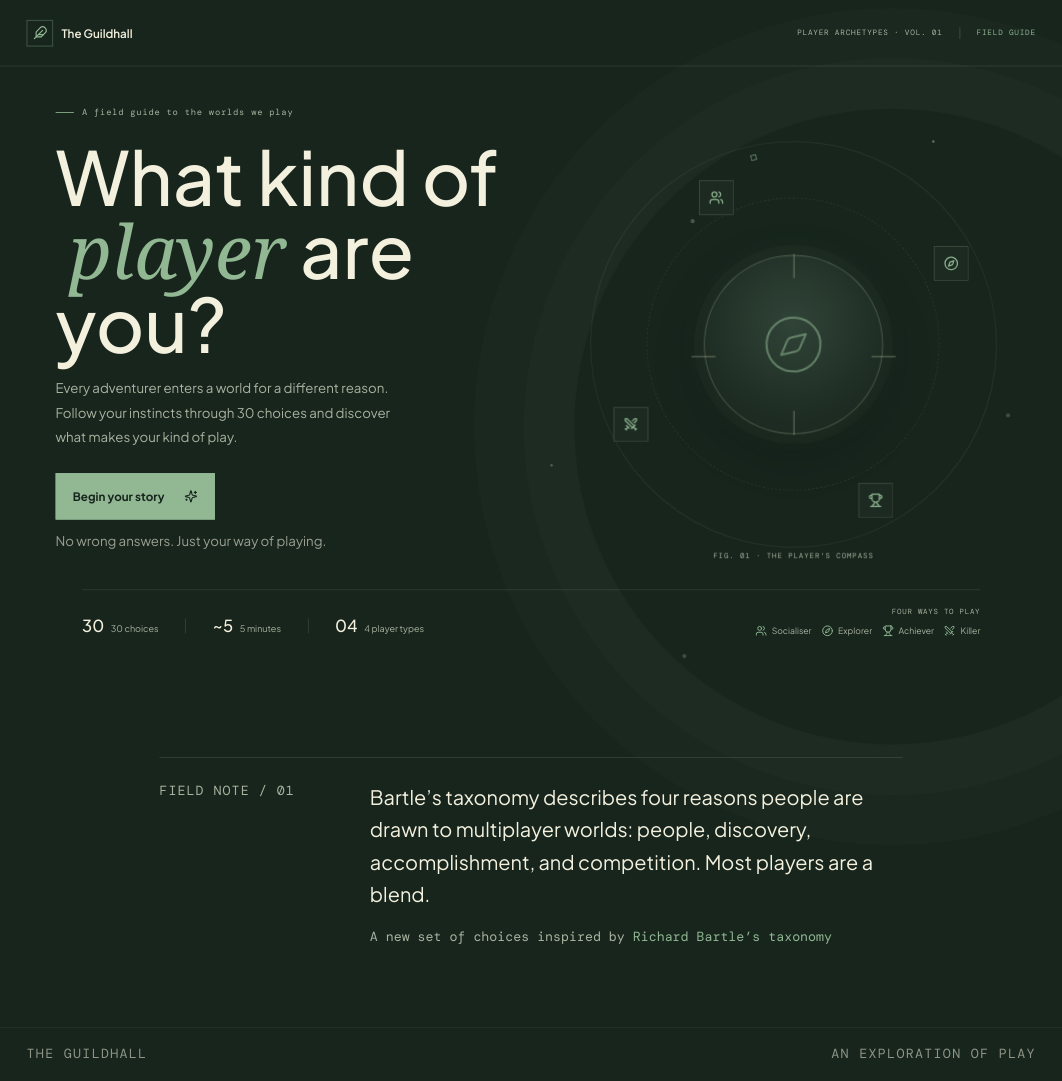
Repository: tiagoturra/bartle
Page: /
These files come from the project's save history. The page is drawn as it stood at one moment and after a run of saves; the edit follows.
The browser window is 1280 px wide. The pictures show the whole page, at 83% of full size.
The project was rebuilt for these pictures with package versions that can differ from the ones it lists, and the page was loaded fresh each time. Also part of the build but not shown: vite.config.ts, src/modules/bartle/components/QuestionCard.module.scss, src/modules/bartle/components/QuestionCard.tsx, src/modules/bartle/components/ResultsPanel.module.scss, src/modules/bartle/components/ResultsPanel.tsx.

Above is the page before, as saved 2026-10-30 22:20:54.

### index.html
<!doctype html>
<html lang="en">
  <head>
    <meta charset="UTF-8" />
    <meta name="viewport" content="width=device-width, initial-scale=1.0" />
    <meta name="theme-color" content="#17251d" />
    <meta
      name="description"
      content="Discover your player type in an atmospheric, story-led Bartle test."
    />
    <link rel="preconnect" href="https://fonts.googleapis.com" />
    <link rel="preconnect" href="https://fonts.gstatic.com" crossorigin />
    <link
      href="https://fonts.googleapis.com/css2?family=DM+Mono:wght@400;500&family=Plus+Jakarta+Sans:wght@400;500;600;700;800&display=swap"
      rel="stylesheet"
    />
    <title>The Guildhall — Bartle Player Type Test</title>
  </head>
  <body>
    <div id="root"></div>
    <script type="module" src="/src/main.tsx"></script>
  </body>
</html>

### src/main.tsx
import './i18n'
import { StrictMode } from 'react'
import { createRoot } from 'react-dom/client'
import { AppRoutes } from './routes'
import './index.css'

const rootElement = document.getElementById('root')

if (!rootElement) {
  throw new Error('The application root element was not found.')
}

createRoot(rootElement).render(
  <StrictMode>
    <AppRoutes />
  </StrictMode>,
)

### src/routes/index.tsx
import { BrowserRouter, Navigate, Route, Routes } from 'react-router-dom'
import { BartlePage } from '../modules/bartle/pages/BartlePage'

export function AppRoutes() {
  return (
    <BrowserRouter>
      <Routes>
        <Route path="/" element={<BartlePage />} />
        <Route path="*" element={<Navigate to="/" replace />} />
      </Routes>
    </BrowserRouter>
  )
}

### src/index.css
@import "tailwindcss";

@theme {
  --color-forest: #17251d;
  --color-panel: #202f25;
  --color-cream: #f3f0de;
  --color-muted: #a9b29f;
  --color-accent: #91b793;
  --font-sans: "Plus Jakarta Sans", sans-serif;
  --font-mono: "DM Mono", monospace;
}

@layer base {
  :root {
    font-synthesis: none;
    text-rendering: optimizeLegibility;
    -webkit-font-smoothing: antialiased;
    -moz-osx-font-smoothing: grayscale;
    font-optical-sizing: auto;
  }

  html {
    min-width: 320px;
    scroll-behavior: smooth;
  }

  body {
    min-width: 320px;
    min-height: 100vh;
    margin: 0;
  }

  button,
  a {
    -webkit-tap-highlight-color: transparent;
  }

  ::selection {
    background: rgb(145 183 147 / 35%);
    color: #f3f0de;
  }
}

@media (prefers-reduced-motion: reduce) {
  *,
  *::before,
  *::after {
    scroll-behavior: auto !important;
    animation-duration: 0.01ms !important;
    animation-iteration-count: 1 !important;
    transition-duration: 0.01ms !important;
  }
}

### src/modules/bartle/pages/BartlePage.tsx
import { Compass, Feather, Sparkles, Swords, Trophy, Users } from 'lucide-react'
import { useEffect, useState } from 'react'
import { useTranslation } from 'react-i18next'
import {
  readSessionStorage,
  removeSessionStorage,
  writeSessionStorage,
} from '../../../core/browser/sessionStorage'
import { QuestionCard } from '../components/QuestionCard'
import { ResultsPanel } from '../components/ResultsPanel'
import testConfigJson from '../data/test.config.json'
import { calculateScores } from '../scoring'
import type { BartleTestConfig, PlayerTypeScore } from '../types'
import styles from './BartlePage.module.scss'

type TestPhase = 'intro' | 'test' | 'results'

const testConfig = testConfigJson as BartleTestConfig
const progressStorageKey = 'guildhall-bartle-progress'
const progressVersion = 1
const iconByType = {
  socialiser: Users,
  explorer: Compass,
  achiever: Trophy,
  killer: Swords,
}

interface SavedProgress {
  version: typeof progressVersion
  phase: 'test' | 'results'
  currentIndex: number
  answers: Record<string, string>
  advanceOnSelection: boolean
}

interface RestoredProgress {
  phase: TestPhase
  currentIndex: number
  answers: Record<string, string>
  advanceOnSelection: boolean
  scores: PlayerTypeScore[] | null
  storageError: boolean
}

function isValidSavedProgress(value: unknown): value is SavedProgress {
  if (!value || typeof value !== 'object') return false

  const progress = value as Partial<SavedProgress>
  if (
    progress.version !== progressVersion ||
    (progress.phase !== 'test' && progress.phase !== 'results') ||
    !Number.isInteger(progress.currentIndex) ||
    (progress.currentIndex ?? -1) < 0 ||
    (progress.currentIndex ?? testConfig.questions.length) >= testConfig.questions.length ||
    typeof progress.advanceOnSelection !== 'boolean' ||
    !progress.answers ||
    typeof progress.answers !== 'object' ||
    Array.isArray(progress.answers)
  ) {
    return false
  }

  const answers = progress.answers as Record<string, unknown>
  for (const [questionId, answerId] of Object.entries(answers)) {
    const question = testConfig.questions.find(({ id }) => id === questionId)
    if (
      !question ||
      typeof answerId !== 'string' ||
      !question.answers.some((answer) => answer.id === answerId)
    ) {
      return false
    }
  }

  const currentQuestion = testConfig.questions[progress.currentIndex!]
  if (
    progress.advanceOnSelection &&
    !currentQuestion.answers.some(
      ({ id }) => id === answers[currentQuestion.id],
    )
  ) {
    return false
  }

  if (progress.phase === 'results') {
    return (
      testConfig.questions.every((question) => answers[question.id]) &&
      !progress.advanceOnSelection
    )
  }

  return true
}

function restoreProgress(): RestoredProgress {
  const emptyProgress: RestoredProgress = {
    phase: 'intro',
    currentIndex: 0,
    answers: {},
    advanceOnSelection: false,
    scores: null,
    storageError: false,
  }
  const stored = readSessionStorage(progressStorageKey)

  if (!stored.ok) {
    console.error(stored.error)
    return { ...emptyProgress, storageError: true }
  }

  if (!stored.value) return emptyProgress

  try {
    const saved: unknown = JSON.parse(stored.value)
    if (!isValidSavedProgress(saved)) {
      return { ...emptyProgress, storageError: true }
    }

    return {
      phase: saved.phase,
      currentIndex: saved.currentIndex,
      answers: saved.answers,
      advanceOnSelection: saved.advanceOnSelection,
      scores:
        saved.phase === 'results'
          ? calculateScores(saved.answers, testConfig)
          : null,
      storageError: false,
    }
  } catch (error) {
    console.error('Unable to restore the saved Bartle test progress.', error)
    return { ...emptyProgress, storageError: true }
  }
}

export function BartlePage() {
  const { t } = useTranslation()
  const [restoredProgress] = useState(restoreProgress)
  const [phase, setPhase] = useState<TestPhase>(restoredProgress.phase)
  const [currentIndex, setCurrentIndex] = useState(restoredProgress.currentIndex)
  const [answers, setAnswers] = useState<Record<string, string>>(restoredProgress.answers)
  const [scores, setScores] = useState<PlayerTypeScore[] | null>(restoredProgress.scores)
  const [advanceOnSelection, setAdvanceOnSelection] = useState(
    restoredProgress.advanceOnSelection,
  )
  const [storageError, setStorageError] = useState(restoredProgress.storageError)
  const currentQuestion = testConfig.questions[currentIndex]

  function startTest() {
    setAnswers({})
    setCurrentIndex(0)
    setScores(null)
    setAdvanceOnSelection(false)
    setPhase('test')
  }

  function resetTest() {
    startTest()
  }

  useEffect(() => {
    if (phase === 'intro') {
      const result = removeSessionStorage(progressStorageKey)
      if (!result.ok) {
        console.error(result.error)
        setStorageError(true)
      }
      return
    }

    const progress: SavedProgress = {
      version: progressVersion,
      phase,
      currentIndex,
      answers,
      advanceOnSelection,
    }
    const result = writeSessionStorage(
      progressStorageKey,
      JSON.stringify(progress),
    )

    if (!result.ok) {
      console.error(result.error)
      setStorageError(true)
    } else {
      setStorageError(false)
    }
  }, [advanceOnSelection, answers, currentIndex, phase])

  useEffect(() => {
    if (phase !== 'test' || !advanceOnSelection) return

    const timeout = window.setTimeout(() => {
      if (currentIndex === testConfig.questions.length - 1) {
        setScores(calculateScores(answers, testConfig))
        setPhase('results')
      } else {
        setCurrentIndex((index) => index + 1)
      }

      setAdvanceOnSelection(false)
    }, 650)

    return () => window.clearTimeout(timeout)
  }, [advanceOnSelection, answers, currentIndex, phase])

  return (
    <main className={`relative min-h-dvh overflow-hidden bg-forest text-cream ${styles.pageBackdrop}`}>
      <div className="pointer-events-none absolute inset-0 z-0 overflow-hidden" aria-hidden="true">
        <span className={`absolute right-[-14%] top-[10%] aspect-square w-[min(60vw,780px)] rounded-full ${styles.ambientOrb}`} />
        <span className={styles.constellation} />
      </div>

      <header className="relative z-10 mx-auto flex min-h-16 w-full max-w-7xl items-center gap-3 border-b border-cream/10 px-4 md:min-h-20 md:gap-5 md:px-8">
        <a
          className="inline-flex cursor-pointer items-center gap-2.5 font-sans text-sm font-semibold text-cream focus-visible:outline-2 focus-visible:outline-offset-4 focus-visible:outline-accent"
          href="/"
          onClick={(event) => {
            event.preventDefault()
            setPhase('intro')
          }}
          aria-label={t('brand')}
        >
          <span className="grid size-8 place-items-center border border-accent/40 text-accent"><Feather size={17} /></span>
          <span>{t('brand')}</span>
        </a>
        <span className="ml-auto hidden font-mono text-[0.58rem] tracking-[0.1em] text-muted md:inline">{t('nav.edition')}</span>
        <span className="hidden h-3.5 w-px bg-cream/20 md:block" />
        <span className="ml-auto font-mono text-[0.53rem] tracking-[0.1em] text-accent md:ml-0 md:text-[0.58rem]">{t('nav.fieldGuide')}</span>
      </header>

      {storageError && (
        <p className="relative z-10 mx-auto my-3 w-[calc(100%-2rem)] max-w-7xl border border-[#e3a18d]/40 bg-[#e3a18d]/10 px-4 py-3 text-sm text-[#e3a18d]" role="alert">
          {t('test.storageError')}
        </p>
      )}

      <div className="relative z-10 mx-auto w-full max-w-7xl px-4 md:px-8">
        {phase === 'intro' && (
          <section className="grid min-h-[calc(100dvh-5rem)] grid-cols-1 items-center gap-4 py-14 md:grid-cols-[1.04fr_0.96fr] md:gap-0 md:py-12">
            <div className={`relative z-10 pb-0 md:pb-10 md:pl-[5.5%] ${styles.heroCopy}`}>
              <p className="mb-0 flex items-center gap-2.5 font-mono text-[0.66rem] tracking-[0.09em] text-muted">
                <span className="h-px w-[22px] bg-accent" />
                {t('intro.eyebrow')}
              </p>
              <h1 className="mb-5 mt-5 max-w-2xl font-sans text-5xl font-medium leading-[0.98] sm:text-6xl lg:mb-5 lg:mt-6 lg:text-7xl xl:text-8xl">
                {t('intro.titleStart')}
                <br />
                <span className="mx-4 font-serif font-normal italic text-accent">{t('intro.titleAccent')}</span>
                {t('intro.titleEnd')}
              </h1>
              <p className="m-0 max-w-[410px] leading-[1.85] text-muted">{t('intro.description')}</p>
              <button className="mt-7 inline-flex min-h-14 cursor-pointer items-center gap-6 border border-accent bg-accent px-5 text-sm font-bold text-forest transition duration-200 hover:-translate-y-0.5 hover:bg-[#a5c5a5] hover:shadow-lg focus-visible:outline-2 focus-visible:outline-offset-4 focus-visible:outline-cream" type="button" onClick={startTest}>
                {t('intro.begin')}
                <span aria-hidden="true"><Sparkles size={16} /></span>
              </button>
              <p className="mb-0 mt-3.5 text-s text-cream/60">{t('intro.footnote')}</p>
            </div>

            <div className={`relative mx-auto grid aspect-square w-[min(82vw,420px)] place-items-center justify-self-center md:w-full md:max-w-[570px] ${styles.heroArt}`} aria-hidden="true">
              <div className={`${styles.orbit} ${styles.orbitOuter}`} />
              <div className={`${styles.orbit} ${styles.orbitInner}`} />
              <div className={styles.artHalo} />
              <div className={styles.artCore}>
                <div className={styles.compassRose}>
                  <span className={styles.roseNorth} />
                  <span className={styles.roseSouth} />
                  <span className={styles.roseEast} />
                  <span className={styles.roseWest} />
                  <Compass size={78} strokeWidth={0.75} />
                </div>
              </div>
              <span className={`${styles.typeMark} ${styles.markSocial}`}><Users size={18} /></span>
              <span className={`${styles.typeMark} ${styles.markExplore}`}><Compass size={18} /></span>
              <span className={`${styles.typeMark} ${styles.markAchieve}`}><Trophy size={18} /></span>
              <span className={`${styles.typeMark} ${styles.markKiller}`}><Swords size={18} /></span>
              <span className="absolute bottom-[3%] font-mono text-[0.5rem] tracking-[0.12em] text-muted md:bottom-[4%] md:text-[0.56rem]">{t('intro.artCaption')}</span>
            </div>

            <div className="col-span-full mx-0 mt-2 grid grid-cols-1 items-end gap-6 border-t border-cream/10 pt-5 md:mx-[5.5%] md:grid-cols-[1fr_auto] md:gap-5">
              <div className="flex items-center justify-between gap-4 md:justify-start md:gap-8">
                <div className="flex flex-col items-start gap-0 md:flex-row md:items-baseline md:gap-2"><strong className="font-sans text-xl font-medium text-cream">30</strong><span className="text-[0.68rem] text-muted">{t('intro.stats.choices')}</span></div>
                <span className="h-[18px] w-px bg-cream/15" />
                <div className="flex flex-col items-start gap-0 md:flex-row md:items-baseline md:gap-2"><strong className="font-sans text-xl font-medium text-cream">~5</strong><span className="text-[0.68rem] text-muted">{t('intro.stats.time')}</span></div>
                <span className="h-[18px] w-px bg-cream/15" />
                <div className="flex flex-col items-start gap-0 md:flex-row md:items-baseline md:gap-2"><strong className="font-sans text-xl font-medium text-cream">04</strong><span className="text-[0.68rem] text-muted">{t('intro.stats.types')}</span></div>
              </div>
              <div className="flex flex-wrap items-center justify-start gap-x-3 gap-y-2 md:max-w-[330px] md:justify-end">
                <span className="w-full font-mono text-[0.56rem] tracking-[0.1em] text-muted md:text-right">{t('intro.typesLabel')}</span>
                {testConfig.categories.map(({ id }) => {
                  const Icon = iconByType[id]

                  return (
                    <span className="inline-flex items-center gap-1.5 text-[0.65rem] text-muted" key={id}>
                      <Icon className="text-accent" size={14} aria-hidden="true" />
                      {t(`types.${id}.name`)}
                    </span>
                  )
                })}
              </div>
              <a className="hidden cursor-pointer items-center gap-3 font-mono text-[0.55rem] tracking-[0.1em] text-muted no-underline max-md:inline-flex" href="#about">
                {t('intro.scroll')}
                <span className="h-px w-[34px] bg-accent" />
              </a>
            </div>
          </section>
        )}

        {phase === 'test' && currentQuestion && (
          <div className="flex min-h-[calc(100dvh-5rem)] items-center justify-center py-9 md:py-[70px]">
            <QuestionCard
              key={currentQuestion.id}
              question={currentQuestion}
              questionIndex={currentIndex}
              questionCount={testConfig.questions.length}
              selectedAnswer={answers[currentQuestion.id]}
              isAdvancing={advanceOnSelection}
              isFirst={currentIndex === 0}
              onReset={resetTest}
              onSelect={(answerId) => {
                setAnswers((previous) => ({
                  ...previous,
                  [currentQuestion.id]: answerId,
                }))
                setAdvanceOnSelection(true)
              }}
              onPrevious={() => {
                setAdvanceOnSelection(false)
                setCurrentIndex((index) => Math.max(0, index - 1))
              }}
            />
          </div>
        )}

        {phase === 'results' && scores && (
          <div className="flex min-h-[calc(100dvh-5rem)] items-center justify-center py-9 md:py-[70px]">
            <ResultsPanel scores={scores} onRestart={startTest} />
          </div>
        )}
      </div>

      {phase === 'intro' && (
        <section className="mx-auto my-12 grid w-[calc(100%-2rem)] max-w-4xl grid-cols-1 gap-4 border-t border-cream/15 pt-7 md:my-24 md:grid-cols-[minmax(100px,0.32fr)_1fr] md:gap-x-12 md:gap-y-5" id="about">
          <span className="font-mono tracking-[0.08em] text-muted">{t('about.index')}</span>
          <p className="m-0 max-w-2xl font-sans text-xl leading-relaxed text-cream md:text-2xl">{t('about.description')}</p>
          <span className="font-mono text-muted md:col-start-2">
            {t('about.source')}{' '}
            <a className="cursor-pointer text-accent underline-offset-4 hover:text-cream" href="http://mud.co.uk/richard/hcds.htm" target="_blank" rel="noreferrer">
              {t('about.sourceLink')}
            </a>
          </span>
        </section>
      )}

      <footer className="relative z-10 mx-auto flex w-full max-w-7xl justify-between border-t border-cream/10 px-4 py-5 font-mono tracking-[0.1em] text-cream/55 md:px-8">
        <span>{t('footer.brand')}</span>
        <span>{t('footer.tagline')}</span>
      </footer>
    </main>
  )
}

### src/core/browser/sessionStorage.ts
export type SessionStorageResult =
  | { ok: true; value: string | null }
  | { ok: false; error: Error }

export type SessionStorageWriteResult =
  | { ok: true }
  | { ok: false; error: Error }

export function readSessionStorage(key: string): SessionStorageResult {
  if (typeof window === 'undefined') {
    return { ok: true, value: null }
  }

  try {
    return { ok: true, value: window.sessionStorage.getItem(key) }
  } catch (error) {
    return {
      ok: false,
      error: new Error('Unable to read session storage.', { cause: error }),
    }
  }
}

export function writeSessionStorage(
  key: string,
  value: string,
): SessionStorageWriteResult {
  if (typeof window === 'undefined') {
    return { ok: true }
  }

  try {
    window.sessionStorage.setItem(key, value)
    return { ok: true }
  } catch (error) {
    return {
      ok: false,
      error: new Error('Unable to save session storage.', { cause: error }),
    }
  }
}

export function removeSessionStorage(key: string): SessionStorageWriteResult {
  if (typeof window === 'undefined') {
    return { ok: true }
  }

  try {
    window.sessionStorage.removeItem(key)
    return { ok: true }
  } catch (error) {
    return {
      ok: false,
      error: new Error('Unable to clear session storage.', { cause: error }),
    }
  }
}

### src/modules/bartle/scoring.ts
import type {
  BartleTestConfig,
  PlayerTypeId,
  PlayerTypeScore,
} from './types'

export function calculateScores(
  answers: Record<string, string>,
  config: BartleTestConfig,
): PlayerTypeScore[] {
  const points = Object.fromEntries(
    config.categories.map(({ id }) => [id, 0]),
  ) as Record<PlayerTypeId, number>

  for (const question of config.questions) {
    const answerId = answers[question.id]
    const answer = question.answers.find(({ id }) => id === answerId)

    if (!answer) {
      throw new Error(`A valid answer is required for question "${question.id}".`)
    }

    for (const [category, score] of Object.entries(answer.scores)) {
      if (!(category in points) || typeof score !== 'number' || score < 0) {
        throw new Error(`Invalid scoring rule on question "${question.id}".`)
      }

      points[category as PlayerTypeId] += score
    }
  }

  const totalPoints = Object.values(points).reduce((sum, score) => sum + score, 0)

  if (totalPoints === 0) {
    throw new Error('The test configuration must award at least one point.')
  }

  return config.categories
    .map(({ id }) => ({
      id,
      points: points[id],
      percentage: (points[id] / totalPoints) * 100,
    }))
    .sort((first, second) => second.points - first.points)
}

Loaded but not shown: src/modules/bartle/data/test.config.json (271 lines, source omitted); src/i18n/locales/de-DE/questions.json (32 lines, source omitted); src/i18n/locales/en-US/questions.json (212 lines, source omitted); src/i18n/locales/fr-FR/questions.json (32 lines, source omitted); src/i18n/locales/pt-BR/questions.json (32 lines, source omitted); src/i18n/locales/fr-FR/common.json (86 lines, source omitted); src/i18n/locales/de-DE/common.json (86 lines, source omitted); src/i18n/locales/pt-BR/common.json (86 lines, source omitted); src/i18n/locales/en-US/common.json (86 lines, source omitted); src/i18n/locales/pt-BR/bartle.json (6 lines, source omitted); src/i18n/locales/fr-FR/bartle.json (6 lines, source omitted); src/i18n/locales/de-DE/bartle.json (6 lines, source omitted); src/i18n/locales/en-US/bartle.json (6 lines, source omitted); src/modules/bartle/pages/BartlePage.module.scss (729 lines, source omitted); src/i18n/index.ts (53 lines, source omitted)

After the next 3 saves:
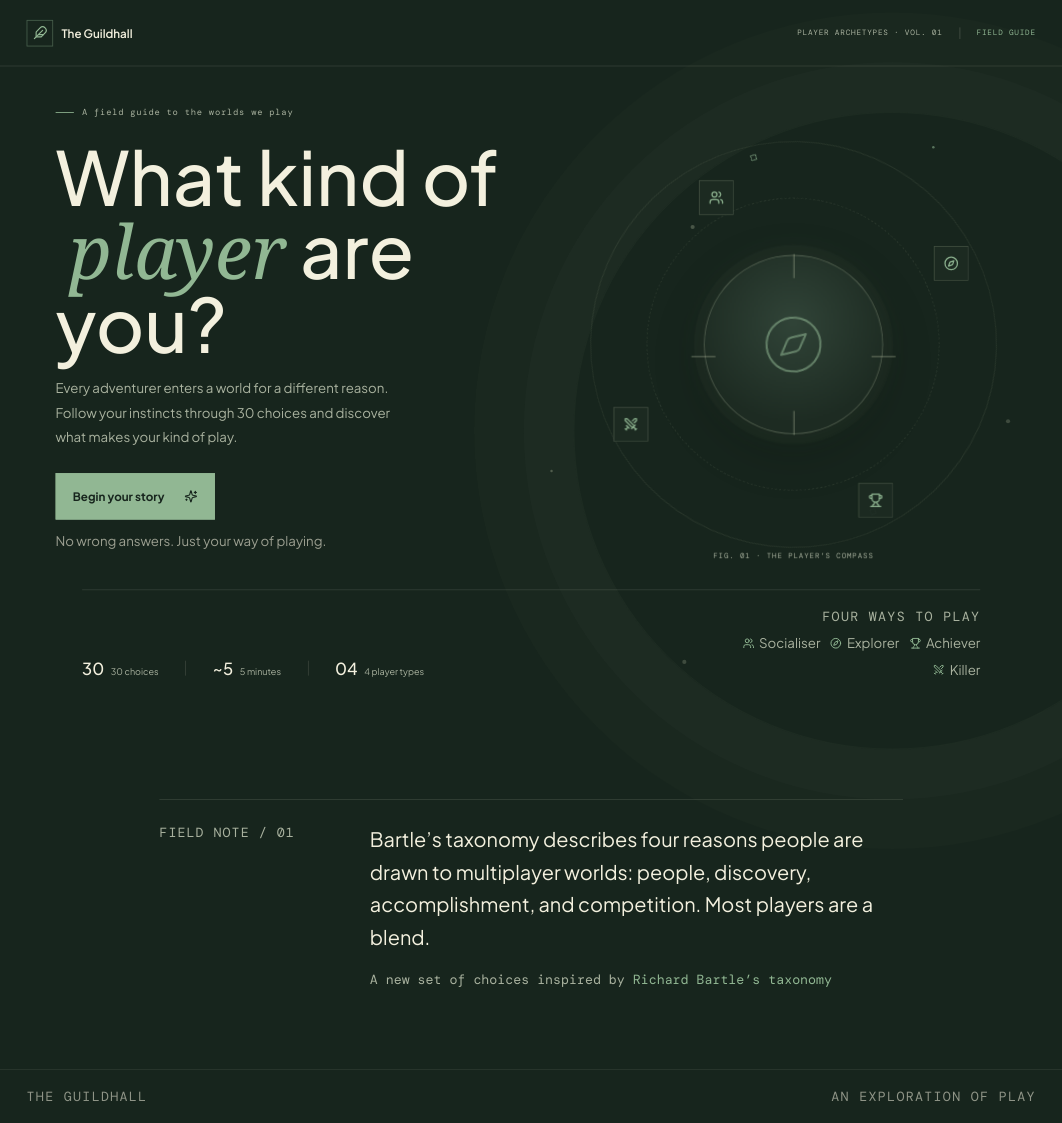
The 3 saves are shown as one change because they came seconds apart.
The last was saved 62 s later.
--- a/src/modules/bartle/pages/BartlePage.tsx
+++ b/src/modules/bartle/pages/BartlePage.tsx
@@ -287,12 +287,12 @@ export function BartlePage() {
                 <div className="flex flex-col items-start gap-0 md:flex-row md:items-baseline md:gap-2"><strong className="font-sans text-xl font-medium text-cream">04</strong><span className="text-[0.68rem] text-muted">{t('intro.stats.types')}</span></div>
               </div>
               <div className="flex flex-wrap items-center justify-start gap-x-3 gap-y-2 md:max-w-[330px] md:justify-end">
-                <span className="w-full font-mono text-[0.56rem] tracking-[0.1em] text-muted md:text-right">{t('intro.typesLabel')}</span>
+                <span className="w-full font-mono tracking-[0.1em] text-muted md:text-right">{t('intro.typesLabel')}</span>
                 {testConfig.categories.map(({ id }) => {
                   const Icon = iconByType[id]
 
                   return (
-                    <span className="inline-flex items-center gap-1.5 text-[0.65rem] text-muted" key={id}>
+                    <span className="inline-flex items-center gap-1.5 text-muted" key={id}>
                       <Icon className="text-accent" size={14} aria-hidden="true" />
                       {t(`types.${id}.name`)}
                     </span>
